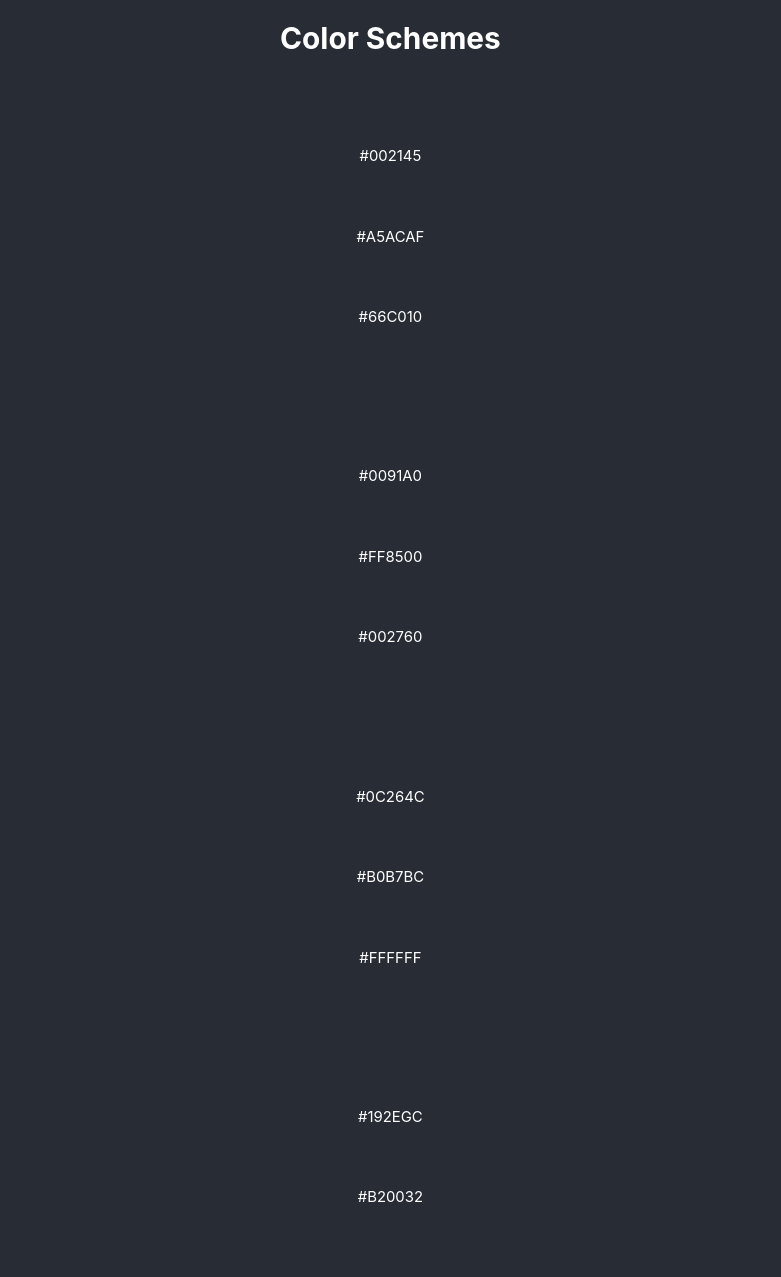
Repository: MikeTroianello/troianello.co
Page: /projects
An editor plug-in stored every save of this project. The page is shown before and after the next save, followed by the edit.
The browser window is 1280 px wide. The pictures show the whole page, at 61% of full size.
The project was rebuilt for these pictures with package versions that can differ from the ones it lists, and the page was loaded fresh each time.

Above is the page before, as saved 2019-06-24 15:36:59.

After the next save:
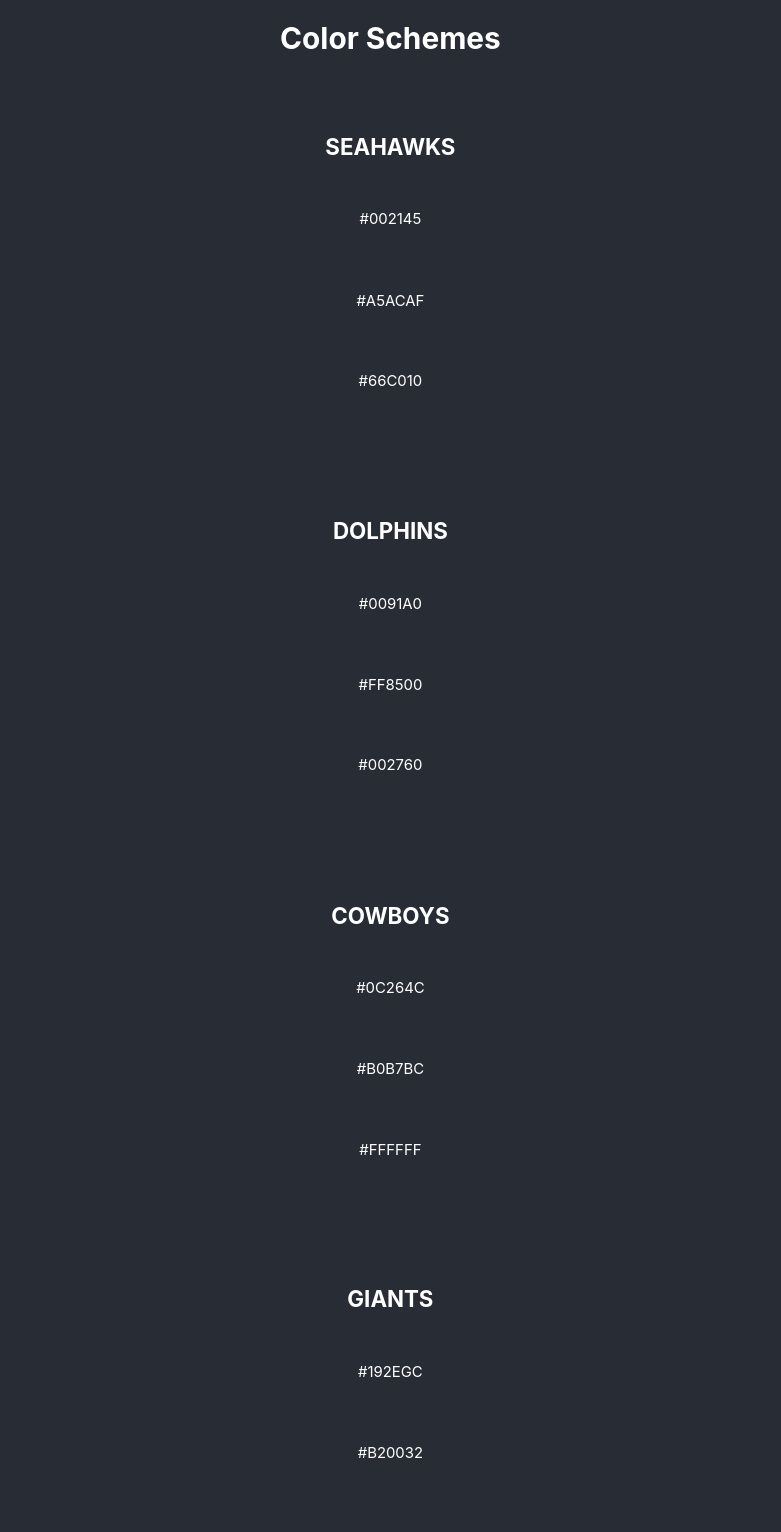
Saved 64 s later.
--- a/src/App.js
+++ b/src/App.js
@@ -8,21 +8,25 @@
       <header className='App-header'>
         <h1>Color Schemes</h1>
         <div className='teams seahawks'>
+          <h2>SEAHAWKS</h2>
           <div className='s-blue'>#002145</div>
           <div className='s-gray'>#A5ACAF</div>
           <div className='s-green'>#66C010</div>
         </div>
         <div className='teams dolphins'>
+          <h2>DOLPHINS</h2>
           <div className='d-aqua'>#0091A0</div>
           <div className='s-orange'>#FF8500</div>
           <div className='s-dark-blue'>#002760</div>
         </div>
         <div className='teams cowboys'>
+          <h2>COWBOYS</h2>
           <div className='c-blue'>#0C264C</div>
           <div className='c-gray'>#B0B7BC</div>
           <div className='c-white'>#FFFFFF</div>
         </div>
         <div className='teams giants'>
+          <h2>GIANTS</h2>
           <div className='g-blue'>#192EGC</div>
           <div className='g-red'>#B20032</div>
         </div>
